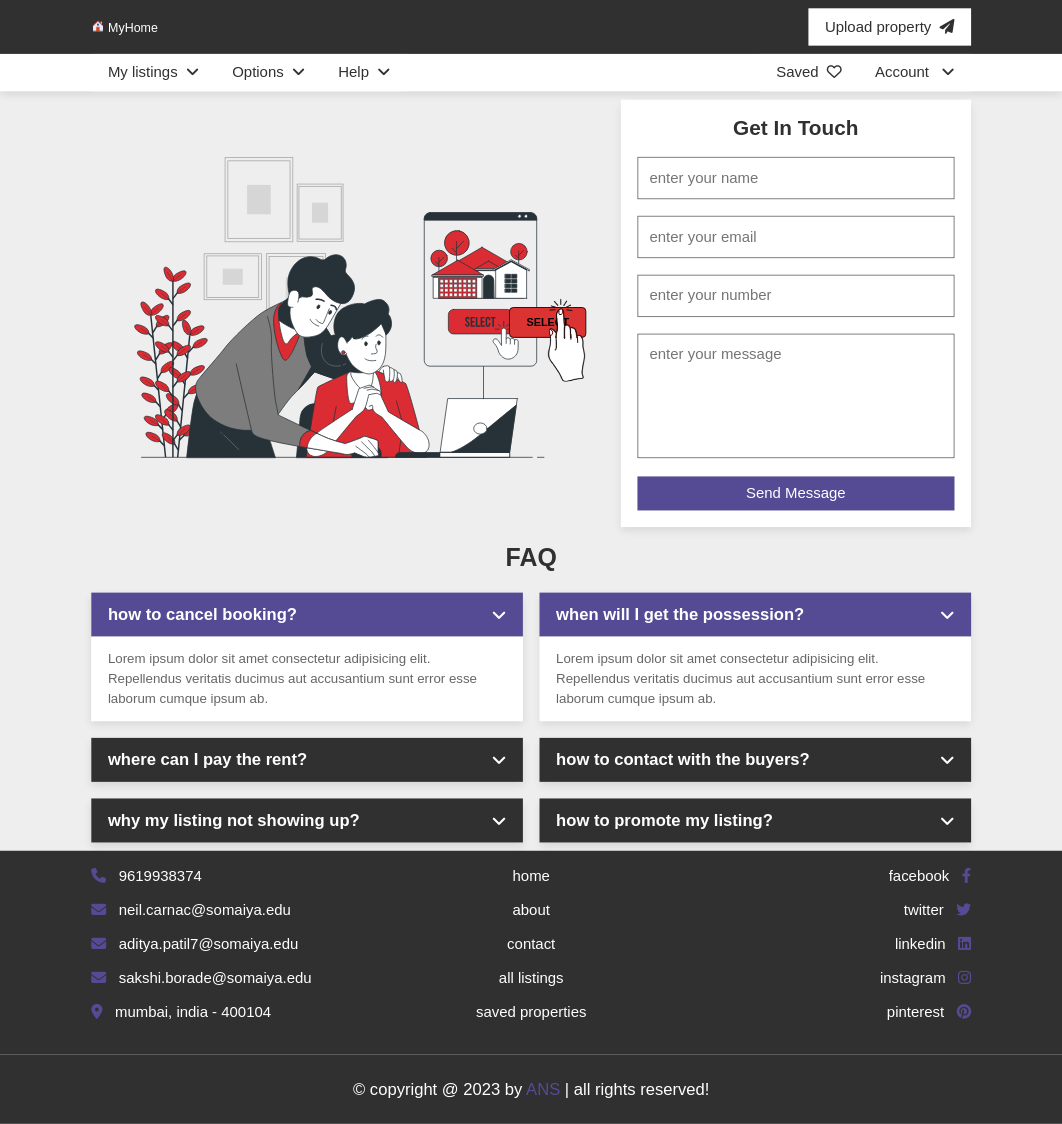
Repository: neilcarnac/wpl-project-realestatewebsite
Page: http://localhost/project/contact.php
An editor plug-in stored every save of this project. The page is shown before and after a run of saves, followed by the edit.
The browser window is 1280 px wide. The pictures show the whole page, at 83% of full size.
The page is run by PHP 8.4 with error messages shown; the project is at /var/www/html/.

Above is the page before, as saved 2023-05-01 17:16:51.

### project/contact.php
<?php

include 'components/connect.php';

if(isset($_COOKIE['user_id'])){
   $user_id = $_COOKIE['user_id'];
}else{
   $user_id = '';
}

if(isset($_POST['send'])){

   $msg_id = create_unique_id();
   $name = $_POST['name'];
   $name = filter_var($name, FILTER_SANITIZE_STRING);
   $email = $_POST['email'];
   $email = filter_var($email, FILTER_SANITIZE_STRING);
   $number = $_POST['number'];
   $number = filter_var($number, FILTER_SANITIZE_STRING);
   $message = $_POST['message'];
   $message = filter_var($message, FILTER_SANITIZE_STRING);

   $verify_contact = $conn->prepare("SELECT * FROM `messages` WHERE name = ? AND email = ? AND number = ? AND message = ?");
   $verify_contact->execute([$name, $email, $number, $message]);

   if($verify_contact->rowCount() > 0){
      $warning_msg[] = 'message sent already!';
   }else{
      $send_message = $conn->prepare("INSERT INTO `messages`(id, name, email, number, message) VALUES(?,?,?,?,?)");
      $send_message->execute([$msg_id, $name, $email, $number, $message]);
      $success_msg[] = 'message send successfully!';
   }

}

?>

<!DOCTYPE html>
<html lang="en">
<head>
   <meta charset="UTF-8">
   <meta http-equiv="X-UA-Compatible" content="IE=edge">
   <meta name="viewport" content="width=device-width, initial-scale=1.0">
   <title>Contact Us</title>
   <link type="image/png" sizes="16x16" rel="icon" href="images/hoe.png">

   <!-- font awesome cdn link  -->
   <link rel="stylesheet" href="https://cdnjs.cloudflare.com/ajax/libs/font-awesome/6.2.0/css/all.min.css">

   <!-- custom css file link  -->
   <link rel="stylesheet" href="css/style.css">

</head>
<body>

<?php include 'components/user_header.php'; ?>

<div>
<!-- contact section starts  -->
<style>
		button {
			background-color: #da3332;
			color: black;
			padding: 10px 20px;
			border: none;
			border-radius: 5px;
			font-size: 1.3rem;
         /* margin-top: 500px; */
         margin-left: 660px;
         font-weight: bold;
         border: 1.5px solid black;
         position: absolute;
         margin-top: 260px;
         /* font-family: Montserrat; Change the font */
         transition: background-color 0.3s, color 0.3s;
         transform: translateX(-50%); /* Adjust for half of the button's width */


		}
      button:hover{
         cursor: pointer;
         background-color: #EEEEEE;
			color: black;
      }
      .selele{

         position: absolute; /* Add relative positioning to the container */
			height: 1000px;
      }
      .finger{
         transition: 600ms;
         position: absolute; /* Add relative positioning to the container */
         height:100px ;
         width:45px ;
         margin-top: 250px;
         margin-left: 660px;
         z-index: 2;
      }
      .finger:hover{
         cursor: pointer;
         transform: scale(0.9); /* Add a scale transform on hover */
      }
      .linke{
         text-decoration: none;
         color: black;
      }
      .touch:hover{
         transform: scale(0.9); /* Add a scale transform on hover */

      }

	</style>

   <div class="selele">
      <img src="images/fingerwhite.png" class="finger" alt="">
      <button><a class="linke" href="home.php"><b>SELECT</b></a></button>
   </div>
<section class="contact">
   <div class="row">
      <div class="image">
         <img src="images/contact-img.svg" alt="">
      </div>
      <form action="" method="post">
         <h3 class="touch">get in touch</h3>
         <input type="text" name="name" required maxlength="50" placeholder="enter your name" class="box">
         <input type="email" name="email" required maxlength="50" placeholder="enter your email" class="box">
         <input type="number" name="number" required maxlength="10" max="9999999999" min="0" placeholder="enter your number" class="box">
         <textarea name="message" placeholder="enter your message" required maxlength="1000" cols="30" rows="10" class="box"></textarea>
         <input type="submit" value="send message" name="send" class="btn">
      </form>
   </div>

</section>

<!-- contact section ends -->

<!-- faq section starts  -->

<section class="faq" id="faq">

   <h1 class="heading">FAQ</h1>

   <div class="box-container">

      <div class="box active">
         <h3><span>how to cancel booking?</span><i class="fas fa-angle-down"></i></h3>
         <p>Lorem ipsum dolor sit amet consectetur adipisicing elit. Repellendus veritatis ducimus aut accusantium sunt error esse laborum cumque ipsum ab.</p>
      </div>

      <div class="box active">
         <h3><span>when will I get the possession?</span><i class="fas fa-angle-down"></i></h3>
         <p>Lorem ipsum dolor sit amet consectetur adipisicing elit. Repellendus veritatis ducimus aut accusantium sunt error esse laborum cumque ipsum ab.</p>
      </div>

      <div class="box">
         <h3><span>where can I pay the rent?</span><i class="fas fa-angle-down"></i></h3>
         <p>Lorem ipsum dolor sit amet consectetur adipisicing elit. Repellendus veritatis ducimus aut accusantium sunt error esse laborum cumque ipsum ab.</p>
      </div>

      <div class="box">
         <h3><span>how to contact with the buyers?</span><i class="fas fa-angle-down"></i></h3>
         <p>Lorem ipsum dolor sit amet consectetur adipisicing elit. Repellendus veritatis ducimus aut accusantium sunt error esse laborum cumque ipsum ab.</p>
      </div>

      <div class="box">
         <h3><span>why my listing not showing up?</span><i class="fas fa-angle-down"></i></h3>
         <p>Lorem ipsum dolor sit amet consectetur adipisicing elit. Repellendus veritatis ducimus aut accusantium sunt error esse laborum cumque ipsum ab.</p>
      </div>

      <div class="box">
         <h3><span>how to promote my listing?</span><i class="fas fa-angle-down"></i></h3>
         <p>Lorem ipsum dolor sit amet consectetur adipisicing elit. Repellendus veritatis ducimus aut accusantium sunt error esse laborum cumque ipsum ab.</p>
      </div>

   </div>

</section>

<!-- faq section ends -->










<script src="https://cdnjs.cloudflare.com/ajax/libs/sweetalert/2.1.2/sweetalert.min.js"></script>

<?php include 'components/footer.php'; ?>

<!-- custom js file link  -->
<script src="js/script.js"></script>

<?php include 'components/message.php'; ?>
</div>
</body>
</html>

### project/components/connect.php
<?php

   $db_name = 'mysql:host=localhost;dbname=home_db';
   $db_user_name = 'root';
   $db_user_pass = '';

   $conn = new PDO($db_name, $db_user_name, $db_user_pass);

   function create_unique_id(){
      $characters = '0123456789abcdefghijklmnopqrstuvwxyzABCDEFGHIJKLMNOPQRSTUVWXYZ';
      $charactersLength = strlen($characters);
      $randomString = '';
      for ($i = 0; $i < 20; $i++) {
          $randomString .= $characters[mt_rand(0, $charactersLength - 1)];
      }
      return $randomString;
  }

?>

### project/components/user_header.php
<!-- header section starts  -->

<header class="header">

   <nav class="navbar nav-1">
      <section class="flex">
         <a href="home.php" class="logo"><img src="images/hoe.png" alt=""> MyHome</a>

         <ul>
            <li class="upload"><a href="post_property.php">Upload property<i class="fas fa-paper-plane"></i></a></li>
         </ul>
      </section>
   </nav>

   <style>
      .menu{
         font-size: 1rem !important;
      }
   </style>

   <nav class="navbar nav-2">
      <section class="flex">
         <div id="menu-btn" class="fas fa-bars"></div>

         <div class="menu">
            <ul>
               <li><a href="#">My listings<i class="fas fa-angle-down"></i></a>
                  <ul>
                     <li><a href="dashboard.php">Dashboard</a></li>
                     <li><a href="post_property.php">Upload Property</a></li>
                     <li><a href="my_listings.php">My Listings</a></li>
                  </ul>
               </li>
               <li><a href="#">Options<i class="fas fa-angle-down"></i></a>
                  <ul>
                     <li><a href="search.php">Filter search</a></li>
                     <li><a href="listings.php">All listings</a></li>
                  </ul>
               </li>
               <li><a href="#">Help<i class="fas fa-angle-down"></i></a>
                  <ul>
                     <li><a href="about.php">About Us</a></i></li>
                     <li><a href="contact.php">Contact Us</a></i></li>
                     <li><a href="contact.php#faq">FAQ</a></i></li>
                  </ul>
               </li>
            </ul>
         </div>

         <ul>
            <li><a href="saved.php">Saved<i class="far fa-heart"></i></a></li>
            <li><a href="#">Account <i class="fas fa-angle-down"></i></a>
               <ul>
                  <li><a href="login.php">login Now</a></li>
                  <li><a href="register.php">Register New</a></li>
                  <?php if($user_id != ''){ ?>
                  <li><a href="update.php">Update Profile</a></li>
                  <li><a href="components/user_logout.php" onclick="return confirm('logout from this website?');">Logout</a>
                  <?php } ?></li>
               </ul>
            </li>
         </ul>
      </section>
   </nav>

</header>

<!-- header section ends -->

### project/components/footer.php
<!-- footer section starts  -->

<footer class="footer">

   <section class="flex">

      <div class="box">
         <a href="tel:9619938374"><i class="fas fa-phone"></i><span>9619938374</span></a>
         <a href="mailto:neil.carnac@somaiya.edu"><i class="fas fa-envelope"></i><span>neil.carnac@somaiya.edu</span></a>
         <a href="mailto:aditya.patil7@somaiya.edu"><i class="fas fa-envelope"></i><span>aditya.patil7@somaiya.edu</span></a>
         <a href="mailto:sakshi.borade@somaiya.edu"><i class="fas fa-envelope"></i><span>sakshi.borade@somaiya.edu</span></a>
         <a href="#"><i class="fas fa-map-marker-alt"></i><span>mumbai, india - 400104</span></a>
      </div>

      <div class="box">
         <a href="home.php"><span>home</span></a>
         <a href="about.php"><span>about</span></a>
         <a href="contact.php"><span>contact</span></a>
         <a href="listings.php"><span>all listings</span></a>
         <a href="saved.php"><span>saved properties</span></a>
      </div>

      <div class="box">
         <a href="#"><span>facebook</span><i class="fab fa-facebook-f"></i></a>
         <a href="#"><span>twitter</span><i class="fab fa-twitter"></i></a>
         <a href="#"><span>linkedin</span><i class="fab fa-linkedin"></i></a>
         <a href="#"><span>instagram</span><i class="fab fa-instagram"></i></a>
         <a href="#"><span>pinterest</span><i class="fab fa-pinterest"></i></a>

      </div>

   </section>

   <div class="credit">&copy; copyright @ <?= date('Y'); ?> by <span>ANS</span> | all rights reserved!</div>

</footer>

<!-- footer section ends -->

Loaded but not shown: project/components/message.php (common file); project/images/contact-img.svg (1 lines, source omitted); project/js/script.js (21 lines, source omitted); project/css/style.css (1372 lines, source omitted)

After the next 2 saves:
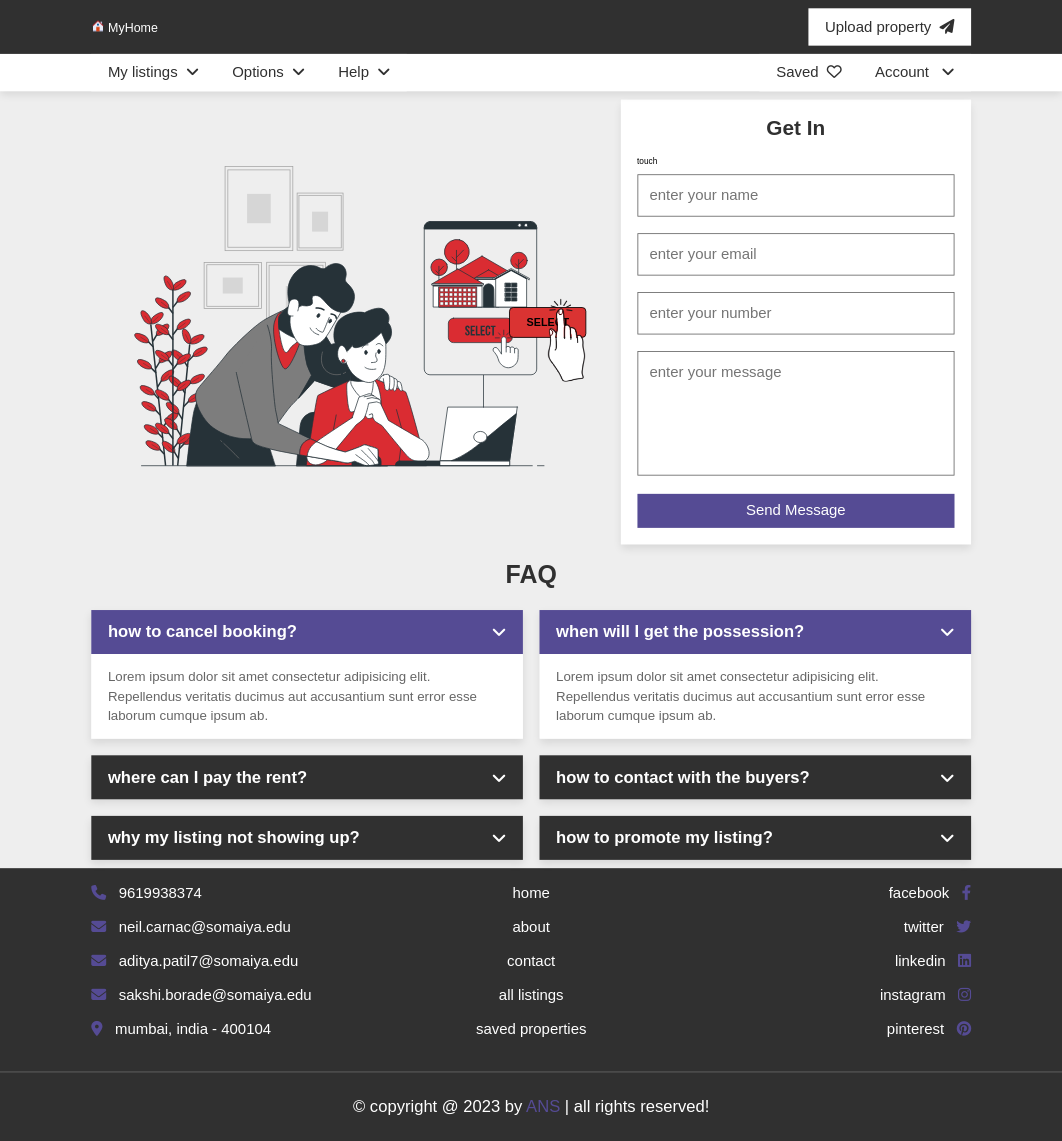
The 2 saves are shown as one change because they came seconds apart.
The last was saved 17 s later.
--- a/project/contact.php
+++ b/project/contact.php
@@ -121,7 +121,7 @@ if(isset($_POST['send'])){
          <img src="images/contact-img.svg" alt="">
       </div>
       <form action="" method="post">
-         <h3 class="touch">get in touch</h3>
+         <h3 class="touch">get in <h3></h3>touch</h3>
          <input type="text" name="name" required maxlength="50" placeholder="enter your name" class="box">
          <input type="email" name="email" required maxlength="50" placeholder="enter your email" class="box">
          <input type="number" name="number" required maxlength="10" max="9999999999" min="0" placeholder="enter your number" class="box">
